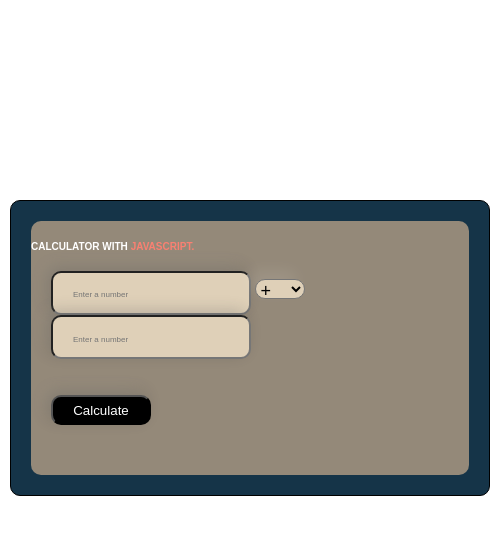
Repository: isaacCodes1/Calculator-with-js
Page: index2.html
An editor plug-in stored every save of this project. The page is shown before and after the next save, followed by the edit.
The browser window is 375 px wide. The page is 490 px wide, so the pictures cover 490 px, including what lies to the right of the window. The pictures show the whole page.
Some web fonts or font styles are not loaded; a fallback is used.

Above is the page before, as saved 2024-04-22 15:25:38.

After the next save:
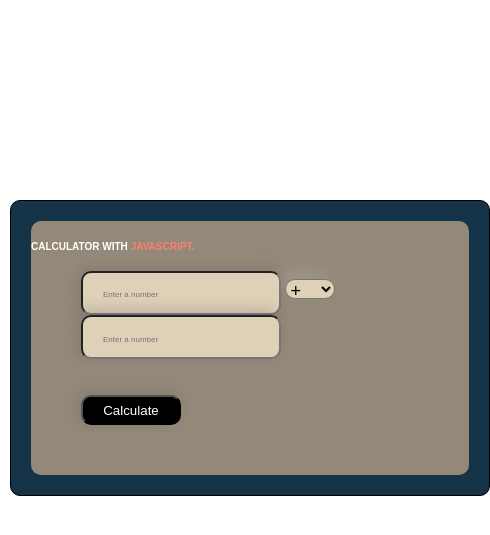
Saved 22 s later.
--- a/mediaquery.css
+++ b/mediaquery.css
@@ -1,6 +1,6 @@
 @media (max-width: 480px) {
   .genDiv {
-    padding: 50px 20px;
+    /* padding: 50px 20px; */
   }
   .numm {
     top: 200px;
